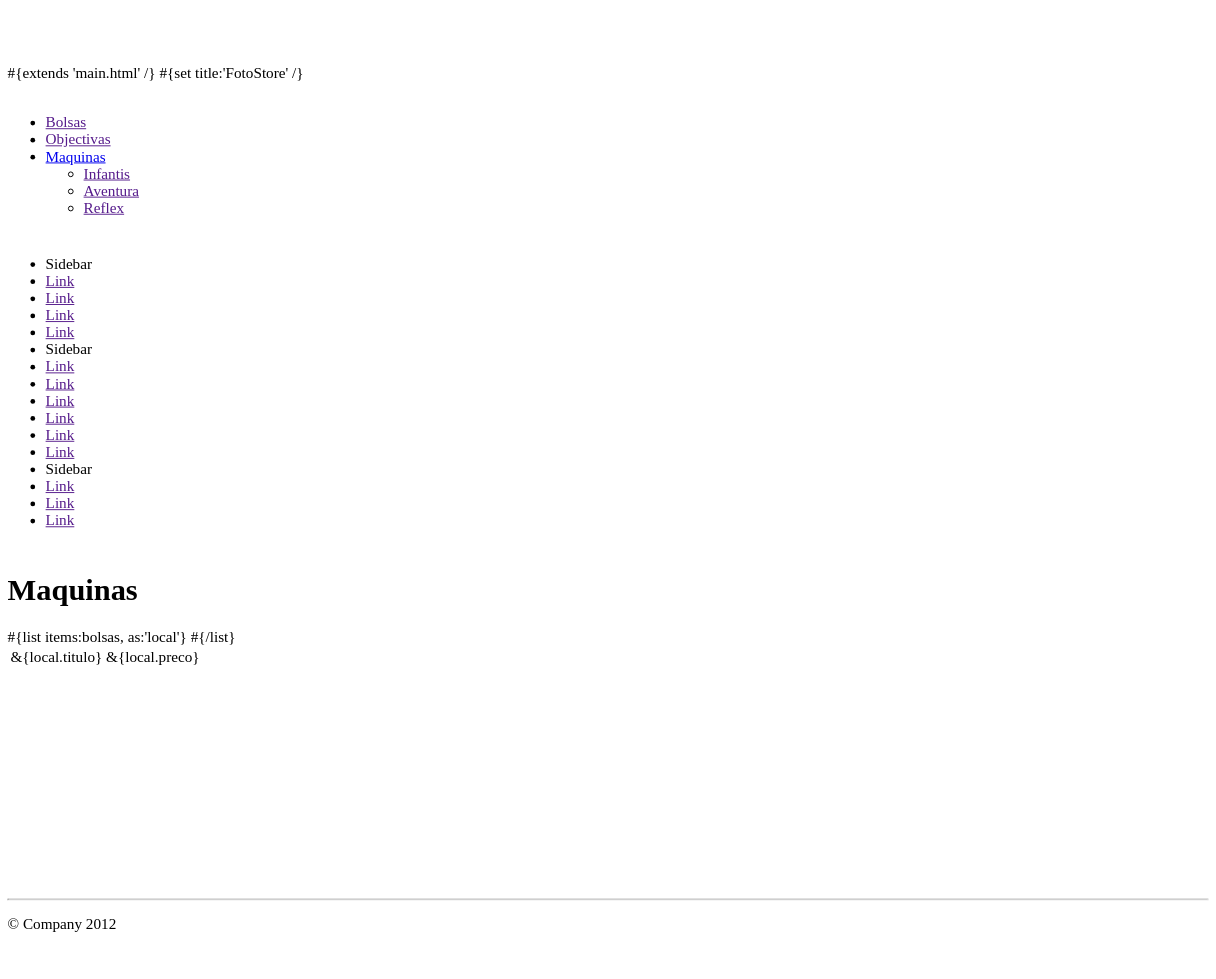
Repository: joaoA/webStore
Page: fotoStore/app/views/Application/exampleAventura.html
The author's editor kept a copy of each file at every save. The page is drawn from the files as they stood at one save, then again after the next save.
The browser window is 1280 px wide. The pictures show the whole page, at 95% of full size.

Above is the page before, as saved 2012-12-17 15:12:20.

### fotoStore/app/views/Application/exampleAventura.html
#{extends 'main.html' /}
#{set title:'FotoStore' /}


    <style type="text/css">
      body {
        padding-top: 60px;
        padding-bottom: 40px;
      }
      .sidebar-nav {
        padding: 9px 0;
      }
    </style>

    <div class="navbar navbar-inverse navbar-fixed-top">
      <div class="navbar-inner">
        <div class="container-fluid">
          <a class="btn btn-navbar" data-toggle="collapse" data-target=".nav-collapse">
            <span class="icon-bar"></span>
            <span class="icon-bar"></span>
            <span class="icon-bar"></span>
          </a>
          <a class="brand" style="color:#FFFFFF;" href="///home/joao/Desktop/ws_example_page/first_page_example.html">Foto Store</a>
          <div class="nav-collapse collapse">
            <ul class="nav">
              <!--<li class="active"><a href="#">Home</a></li>-->
              <li><a href="">Bolsas</a></li>
              <li><a href="">Objectivas</a></li>
               <li class="dropdown">
                <a href="#" class="dropdown-toggle" data-toggle="dropdown">Maquinas<b class="caret"></b></a>
                <ul class="dropdown-menu">
                  <li><a href="">Infantis</a></li>
                  <li><a href="">Aventura</a></li>
                  <li><a href="">Reflex</a></li>

                </ul>
              </li>

            </ul>
          </div><!--/.nav-collapse -->
        </div>
      </div>
    </div>

    <div class="container-fluid">
      <div class="row-fluid">
        <div class="span3">
          <div class="well sidebar-nav">
            <ul class="nav nav-list">
              <li class="nav-header">Sidebar</li>
              <li class="active"><a href="">Link</a></li>
              <li><a href="">Link</a></li>
              <li><a href="">Link</a></li>
              <li><a href="">Link</a></li>
              <li class="nav-header">Sidebar</li>
              <li><a href="">Link</a></li>
              <li><a href="">Link</a></li>
              <li><a href="">Link</a></li>
              <li><a href="">Link</a></li>
              <li><a href="">Link</a></li>
              <li><a href="">Link</a></li>
              <li class="nav-header">Sidebar</li>
              <li><a href="">Link</a></li>
              <li><a href="">Link</a></li>
              <li><a href="">Link</a></li>
            </ul>
          </div><!--/.well -->
        </div><!--/span-->
        <div class="span9">
          <div class="hero-unit" style = "height:335px">
              <div class="span6">
				<h1>Maquinas</h1>
				<table>
					<tbody>
						#{list items:bolsas, as:'local'}
						    <tr>
						      <td>&{local.titulo}</td>
						      <td>&{local.preco}</td>
						    </tr>
					</tbody>
				#{/list}
				</table>
          </div>

        </div><!--/span-->
      </div><!--/row-->

      <hr>

      <footer>
        <p>© Company 2012</p>
      </footer>

    </div><!--/.fluid-container-->

After the next save:
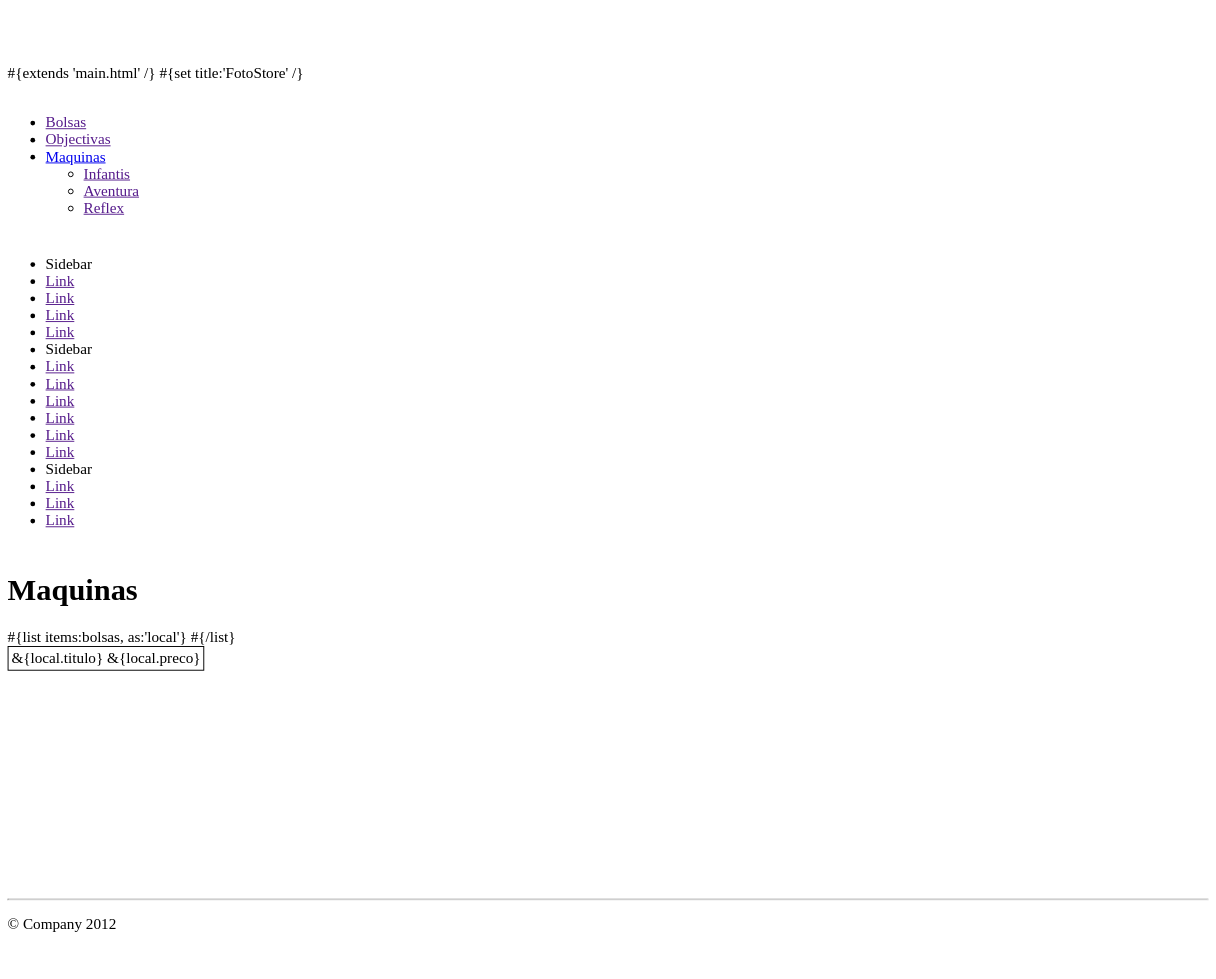
Saved 80 s later.
--- a/fotoStore/app/views/Application/exampleAventura.html
+++ b/fotoStore/app/views/Application/exampleAventura.html
@@ -70,7 +70,7 @@
           <div class="hero-unit" style = "height:335px">
               <div class="span6">
 				<h1>Maquinas</h1>
-				<table>
+				<table style="border:1px solid black;">
 					<tbody>
 						#{list items:bolsas, as:'local'}
 						    <tr>
